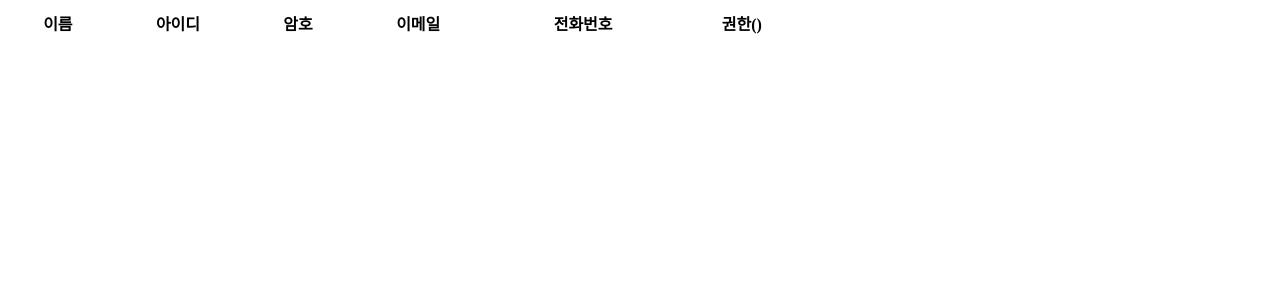
Repository: yjeongyjeong/jsp
Page: http://localhost/web-study-08-oracle/01_allMember.jsp
The author's editor kept a copy of each file at every save. The page is drawn from the files as they stood at one save, then again after the next save.
The browser window is 1280 px wide. The pictures show the whole page.
The page is served by Tomcat 9.

Above is the page before, as saved 2023-10-12 06:19:02.

### web-study-08-oracle/src/main/webapp/01_allMember.jsp
<%@page import="java.sql.ResultSet"%>
<%@page import="java.sql.Statement"%>
<%@page import="java.sql.Connection"%>
<%@ page language="java" contentType="text/html; charset=UTF-8"
    pageEncoding="UTF-8"%>

<%! /* 선언문  */
	Connection con = null;
	Statement stmt = null;
	ResultSet rs = null;

	String url = "jdbc:oracle:thin:@localhost:1521:xe";
	String uid = "scott";
	String pwd = "tiger";
	String sql = "select * from member";
%>

<!DOCTYPE html>
<html>
<head>
<meta charset="UTF-8">
<title>Insert title here</title>
</head>
<body>
	<table width="800" border"1">
		<tr>
			<th>이름</th><th>아이디</th><th>암호</th>
			<th>이메일</th><th>전화번호</th><th>권한()</th>
		</tr>

	</table>

</body>
</html>

After the next save:
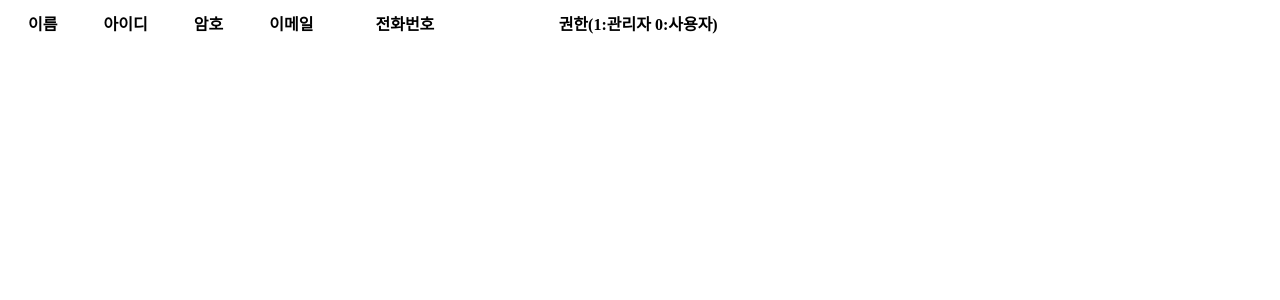
Saved 11 s later.
--- a/web-study-08-oracle/src/main/webapp/01_allMember.jsp
+++ b/web-study-08-oracle/src/main/webapp/01_allMember.jsp
@@ -25,7 +25,7 @@
 	<table width="800" border"1">
 		<tr>
 			<th>이름</th><th>아이디</th><th>암호</th>
-			<th>이메일</th><th>전화번호</th><th>권한()</th>
+			<th>이메일</th><th>전화번호</th><th>권한(1:관리자 0:사용자)</th>
 		</tr>
 
 	</table>
